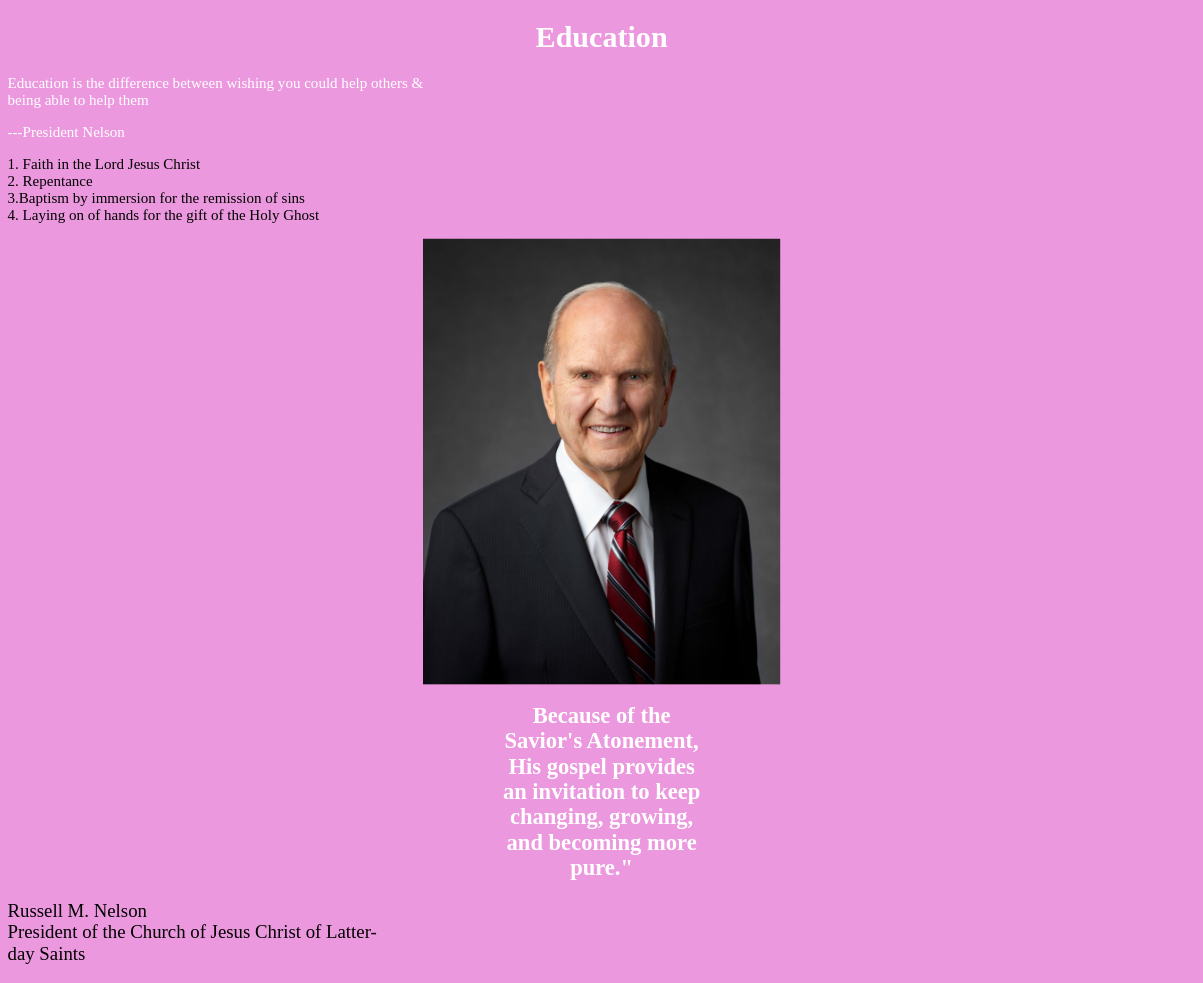
Repository: mszakutumela/wdd130
Page: W04_Challenge/index.html
These files come from the project's save history. The page is drawn as it stood at one moment and after a run of saves; the edit follows.
The browser window is 1280 px wide. The pictures show the whole page, at 94% of full size.

Above is the page before, as saved 2023-06-05 12:46:45.

### W04_Challenge/index.html
<!DOCTYPE html>
<html lang="en">
<head>
    <title>W04 Challenge</title>
    <link rel="stylesheet" href="styles/styles.css" />
</head>
<body>
    <main>
        <h1>Education</h1>
        <p1>Education is the difference between wishing you could help others & <br>
            being able to help them</P>
        <p2>---President Nelson</p>
        <p3> 1. Faith in the Lord Jesus Christ <br>
            2. Repentance <br>
            3.Baptism by immersion for the remission of sins <br>
            4. Laying on of hands for the gift of the Holy Ghost</p>
        <img alt="Image of President Nelson" src="images/russell_nelson_official_portrait_2018.jpeg">
        <h2>Because of the <br>
            Savior's Atonement, <br>
            His gospel provides <br>
            an invitation to keep <br>
            changing, growing, <br>
            and becoming more <br>
            pure."</h2>
    </main>
    <footer>
        <p>Russell M. Nelson <br>
            President of the Church of Jesus Christ of Latter- <br>
            day Saints</p>
    </footer>

</body>
</html>

### W04_Challenge/styles/styles.css
body {
    /* text-align: center; */
    background-color: rgb(235, 152, 222);
    }
img {
    width: 30%;
    display: block;
    margin: 0 auto;
}
h1 {
    color: white;
    text-align: center;
}
p1 {
    color: white;
    text-align: center;
}
p2 {
    color: white;
    text-align: center;
}
p3 {
    color: black;
    /* text-align: center;   */
}
h2 {
    color: white;
    text-align: center;
}
footer p {
    font-size: 20px;
    margin: 20px auto;
}

After the next 2 saves:
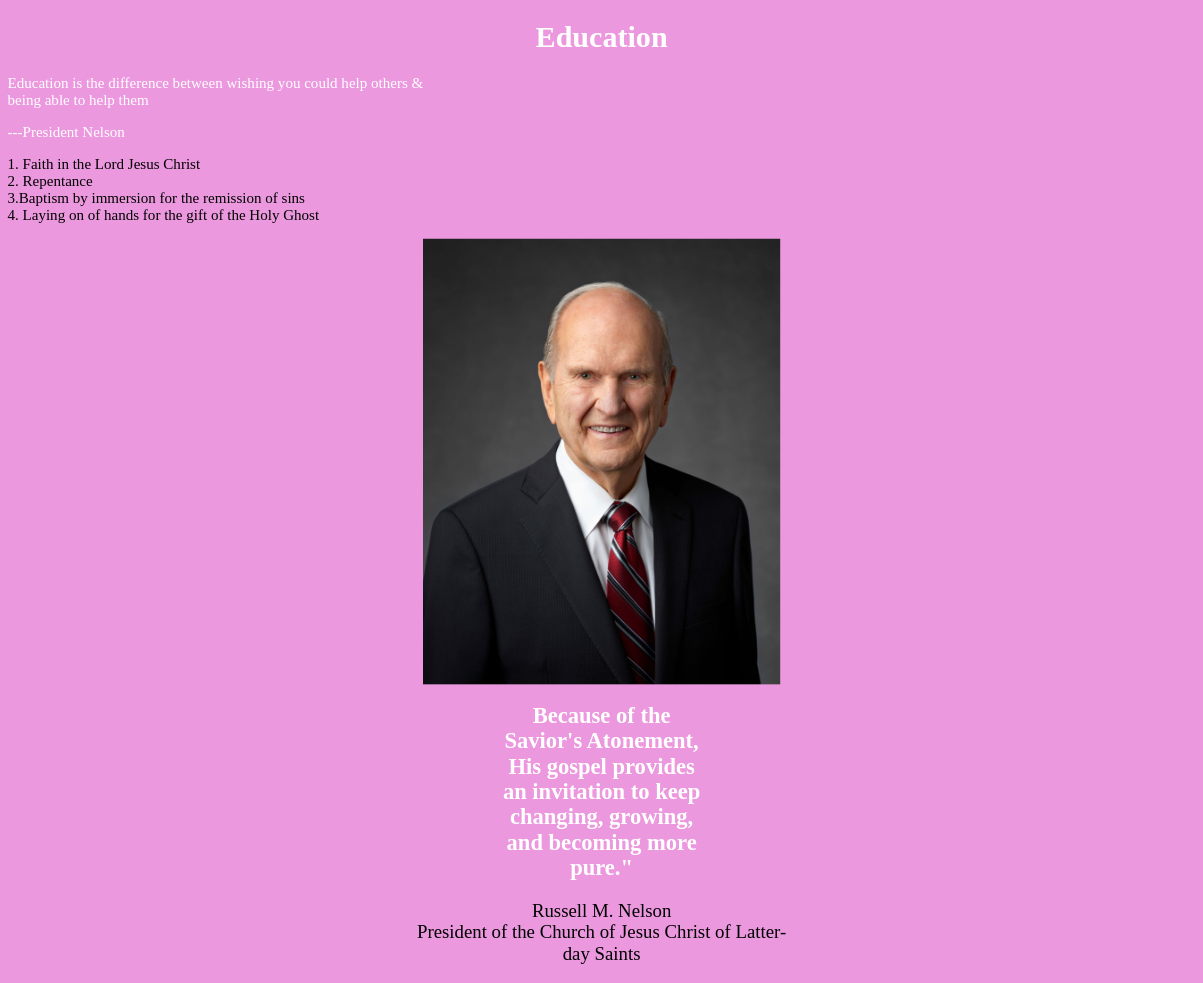
The 2 saves are shown as one change because they came seconds apart.
The last was saved 19 s later.
--- a/W04_Challenge/styles/styles.css
+++ b/W04_Challenge/styles/styles.css
@@ -30,4 +30,6 @@
 footer p {
     font-size: 20px;
     margin: 20px auto;
+    text-align: center;
 }
+}
